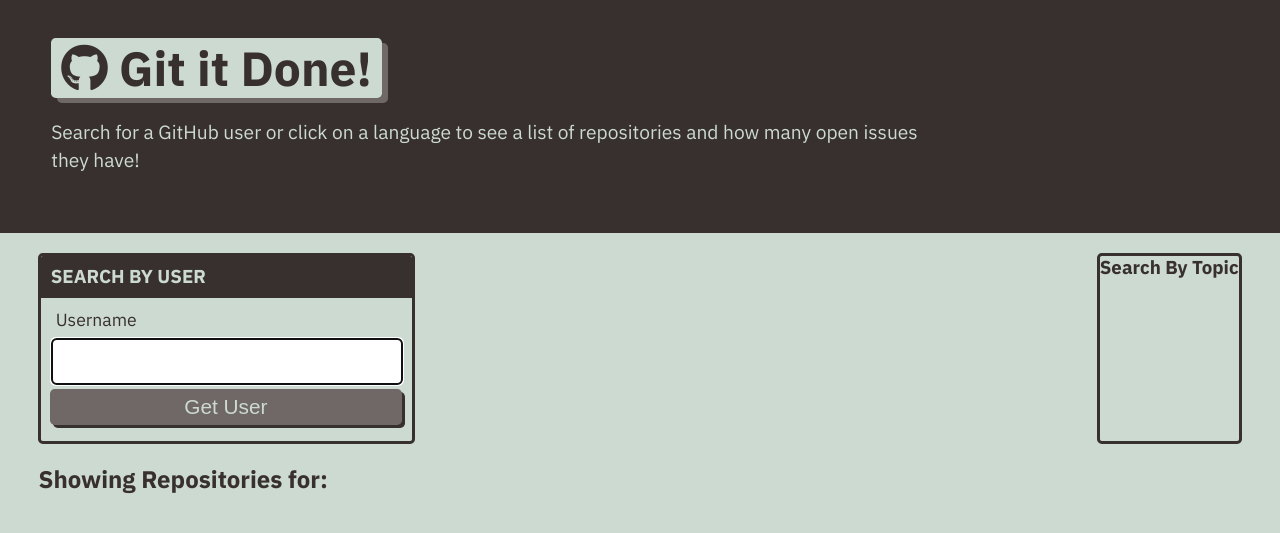
Repository: Brookethorson/git-it-done
Page: index.html
These files come from the project's save history. The page is drawn as it stood at one moment and after the next save; the edit follows.
The browser window is 1280 px wide. The pictures show the whole page.
Some web libraries are served in a nearby version.

Above is the page before, as saved 2021-09-04 17:38:13.

After the next save:
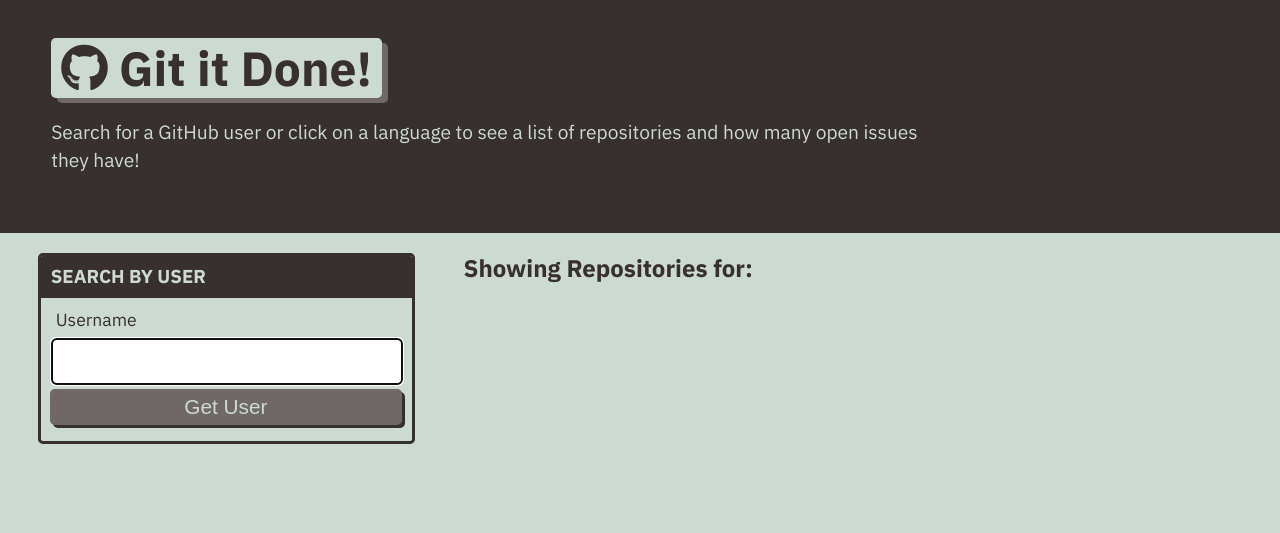
Saved 5 s later.
--- a/index.html
+++ b/index.html
@@ -32,9 +32,7 @@
       </div>
     </div>
 
-    <div class="card">
-      <h3>Search By Topic</h3>
-    </div>
+
 
     <div class="col-12 col-md-8">
       <h2 class="subtitle">Showing Repositories for: <span id="repo-search-term"></span></h2>
